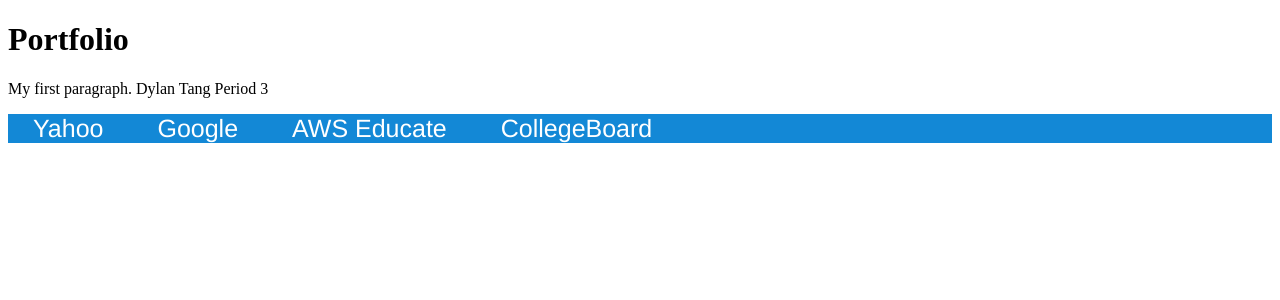
Repository: TangDylan/TangDylan.github.io
Page: index.html
The author's editor kept a record of every edit. The page is drawn from the files as they stood at one moment, then again after the next edit.
The browser window is 1280 px wide. The pictures show the whole page.

Above is the page before.

After the next edit:
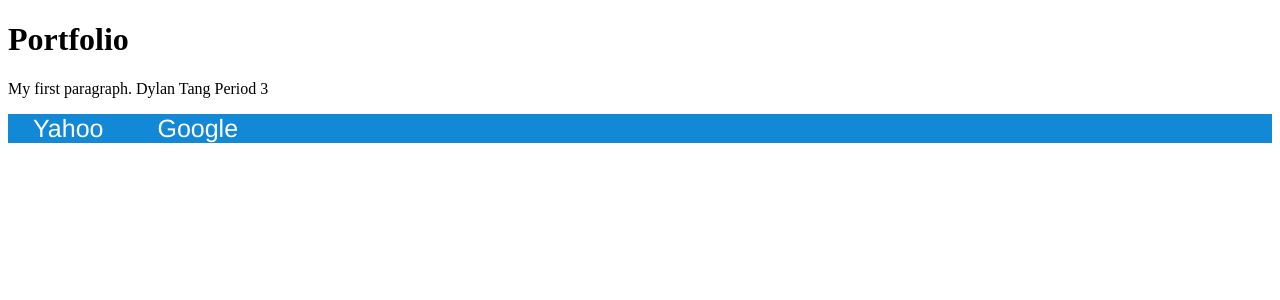
The edit:
--- a/index.html
+++ b/index.html
@@ -37,8 +37,7 @@
         <div class=navbar>
             <a href="https://www.yahoo.com">Yahoo</a>
             <a href="https://www.google.com">Google</a>
-            <a href="https://www.awseducate.com">AWS Educate</a>
-            <a href="https://<www.collegeboard.org">CollegeBoard</a>
+
 
         </div>
         <div class=dropdown>
